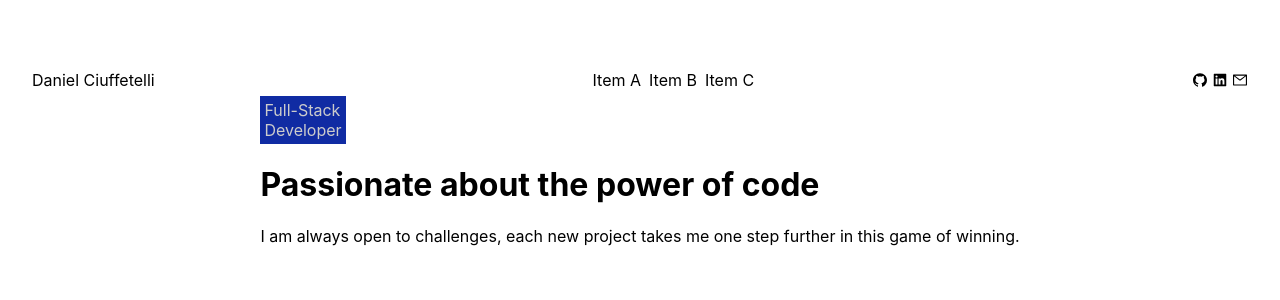
Repository: ciuffetelli/portfolio
Page: /
An editor plug-in stored every save of this project. The page is shown before and after the next save, followed by the edit.
The browser window is 1280 px wide. The pictures show the whole page.
The project was rebuilt for these pictures with package versions that can differ from the ones it lists, and the page was loaded fresh each time. The framework's server and built-in components were replaced by stand-ins that run in the browser. Also part of the build but not shown: next.config.js.

Above is the page before, as saved 2022-12-04 14:56:58.

After the next save:
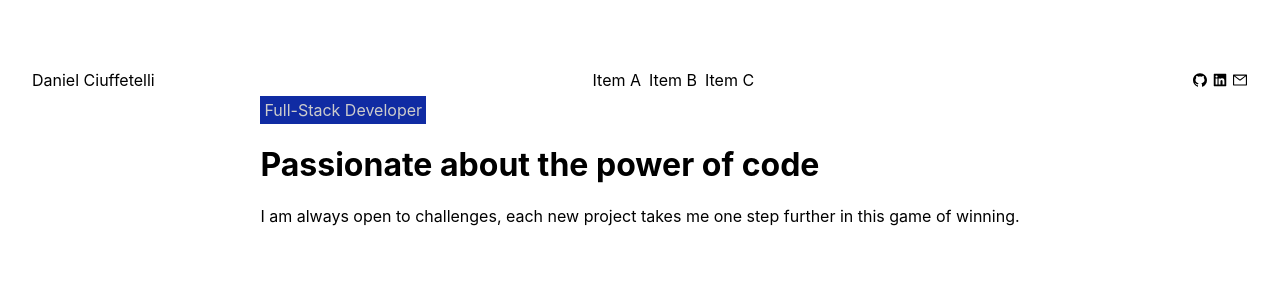
Saved 10 s later.
--- a/Components/Hero.tsx
+++ b/Components/Hero.tsx
@@ -23,7 +23,7 @@
 const LeftSide = styled.div``
 
 const Title = styled.div`
-    width: min-content;
+    width: max-content;
     padding: 0.25rem;
     color: #ccc;
     background-color: #102ba3;
